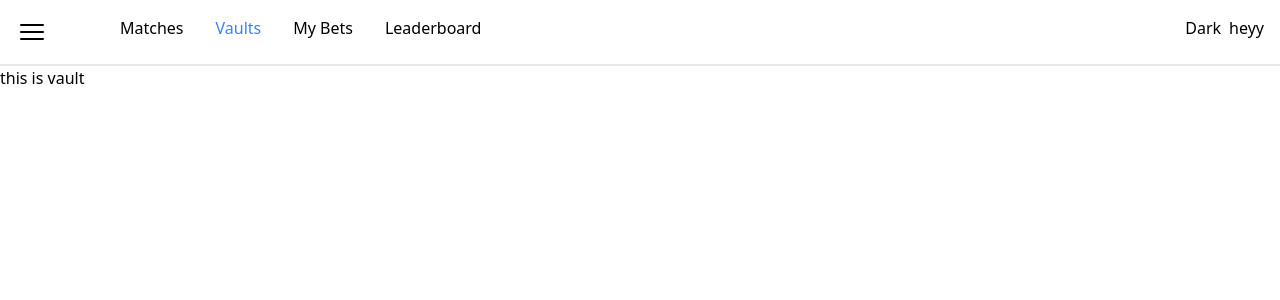
Repository: thekingisherenow/Betterbook
Page: /vaults
These files come from the project's save history. The page is drawn as it stood at one moment and after the next save; the edit follows.
The browser window is 1280 px wide. The pictures show the whole page.
The project was rebuilt for these pictures with package versions that can differ from the ones it lists, and the page was loaded fresh each time. The framework's server and built-in components were replaced by stand-ins that run in the browser. Also part of the build but not shown: next.config.js.

Above is the page before, as saved 2023-01-17 00:11:41.

After the next save:
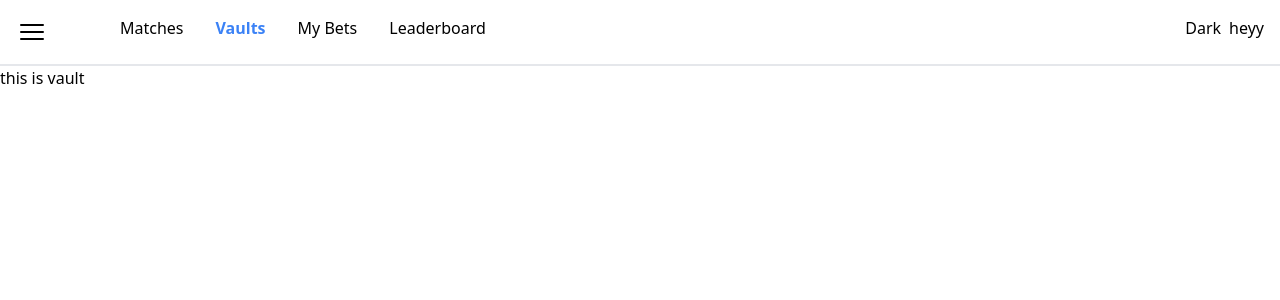
Saved 24 s later.
--- a/src/components/Typography/NavLink.tsx
+++ b/src/components/Typography/NavLink.tsx
@@ -13,7 +13,7 @@ function NavLink({category,path,isActive}:Props) {
   return (
     <Link href={`${path}`}
         className={`cursor-pointer p-4  hover:font-bold hover:scale-110 transition-transform duration-200 ease-out
-         ${isActive && 'text-blue-500  '}`}
+         ${isActive && 'text-blue-500 font-bold '}`}
     >
       {category}
     </Link>
